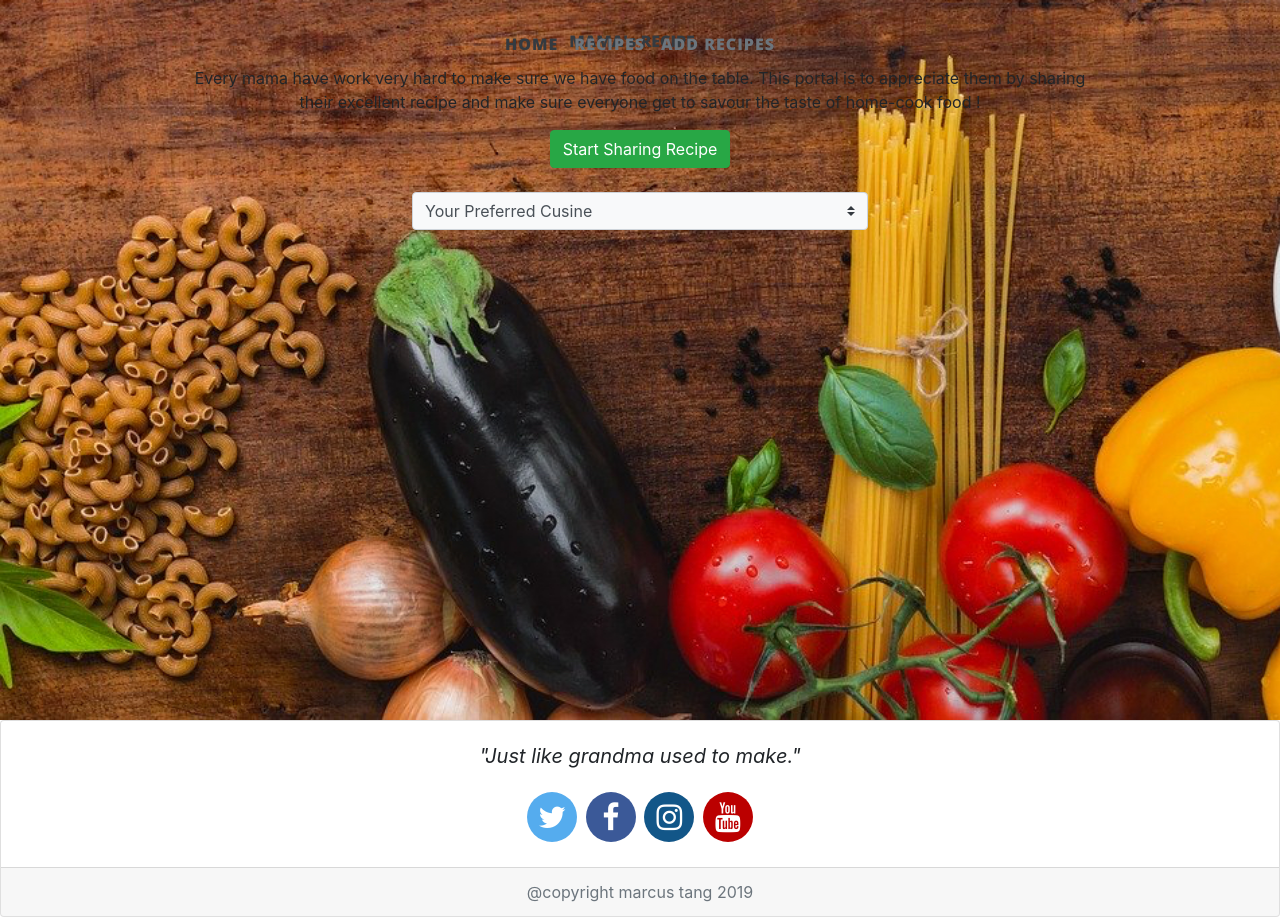
Repository: marstangg/mamasrecipes
Page: templates/index.html
The author's editor kept a record of every edit. The page is drawn from the files as they stood at one moment, then again after the next edit.
The browser window is 1280 px wide. The pictures show the whole page.
Some web libraries are served in a nearby version. The page is served by the project's application, run on Flask 3 (main.py). The template is opened directly, without the code that normally fills it, so the values that code supplies are empty.

Above is the page before.

After the next edit:
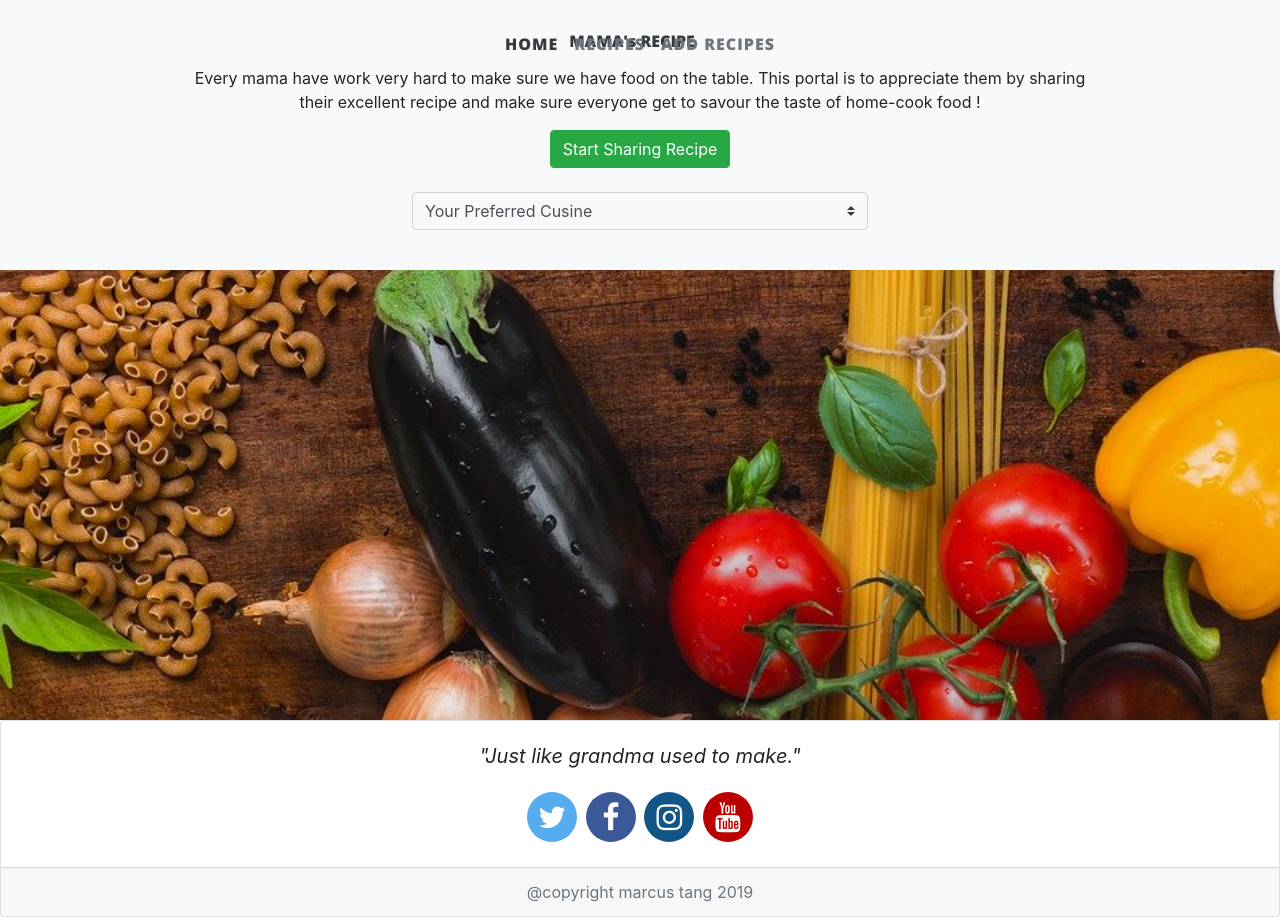
The edit:
--- a/templates/index.html
+++ b/templates/index.html
@@ -4,8 +4,8 @@
 <main class='container-fluid p-0'>
   <!--Page Header -->
   <div class="d-md-none d-block p-4"></div>
-  <header class="masthead d-flex justify-content-center align-items-center">
-    <div class='w-75 p-4 text-center'>
+  <header class="masthead d-flex justify-content-center align-items-center bg-light">
+    <div class='w-75 p-4 text-center '>
       <h1 class='navbar-brand'>MAMA's RECIPE</h1>
       <p>Every mama have work very hard to make sure we have food on the table. This portal is to appreciate them by sharing their excellent recipe and make sure everyone get to savour the taste of home-cook food !</p>
       <a class="btn btn-success" href="{{url_for('recipe_add')}}">Start Sharing Recipe</a>

After the edit that followed:
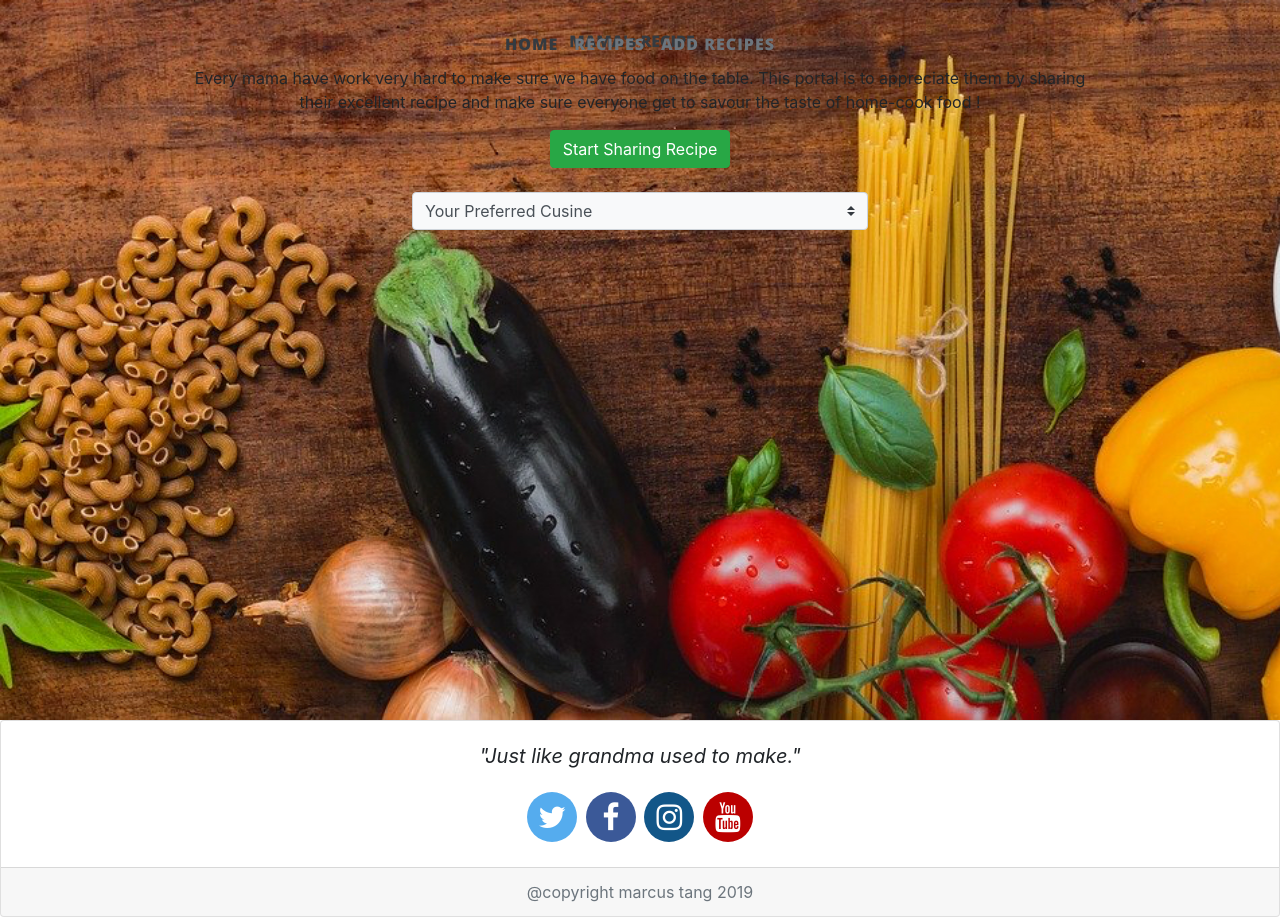
The edit:
--- a/templates/index.html
+++ b/templates/index.html
@@ -4,7 +4,7 @@
 <main class='container-fluid p-0'>
   <!--Page Header -->
   <div class="d-md-none d-block p-4"></div>
-  <header class="masthead d-flex justify-content-center align-items-center bg-light">
+  <header class="masthead d-flex justify-content-center align-items-center">
     <div class='w-75 p-4 text-center '>
       <h1 class='navbar-brand'>MAMA's RECIPE</h1>
       <p>Every mama have work very hard to make sure we have food on the table. This portal is to appreciate them by sharing their excellent recipe and make sure everyone get to savour the taste of home-cook food !</p>
